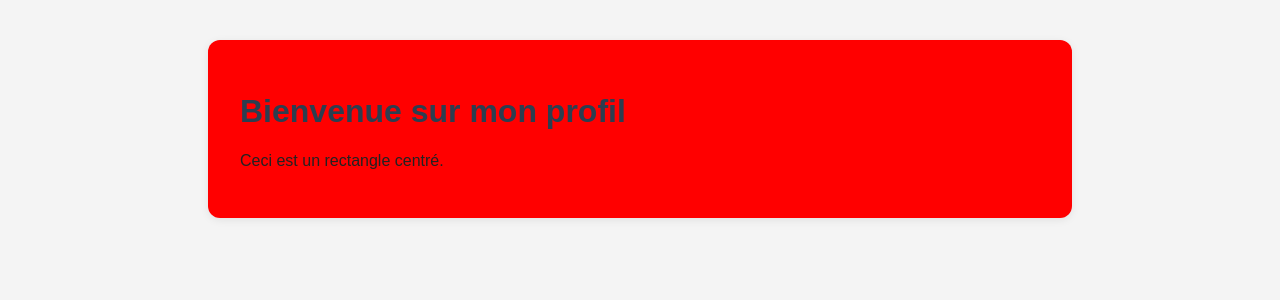
Repository: quadrinex/profile
Page: index.html
An editor plug-in stored every save of this project. The page is shown before and after a run of saves, followed by the edit.
The browser window is 1280 px wide. The pictures show the whole page.

Above is the page before, as saved 2025-06-30 15:54:11.

After the next 3 saves:
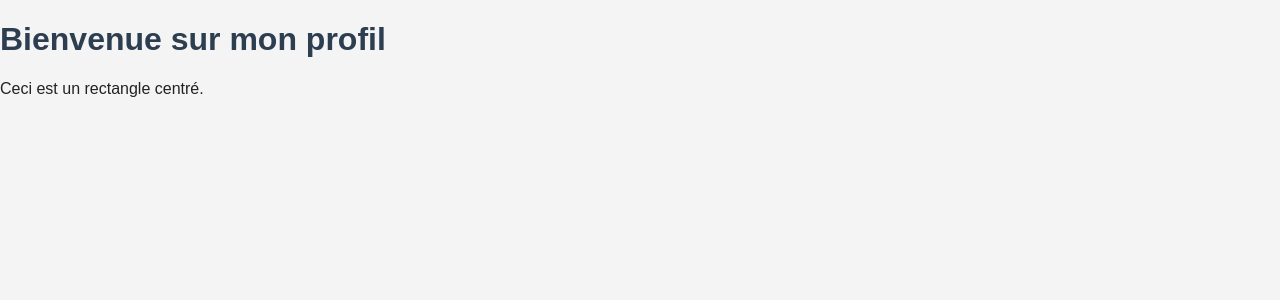
The 3 saves are shown as one change because they came seconds apart.
The last was saved 13 s later.
--- a/main.css
+++ b/main.css
@@ -18,12 +18,3 @@ a {
 a:hover {
     text-decoration: underline;
 }
-
-.container {
-    max-width: 800px;
-    margin: 40px auto;
-    background: #ff0000;
-    padding: 32px;
-    border-radius: 12px;
-    box-shadow: 0 2px 8px rgba(0,0,0,0.08);
-}

After the save that followed:
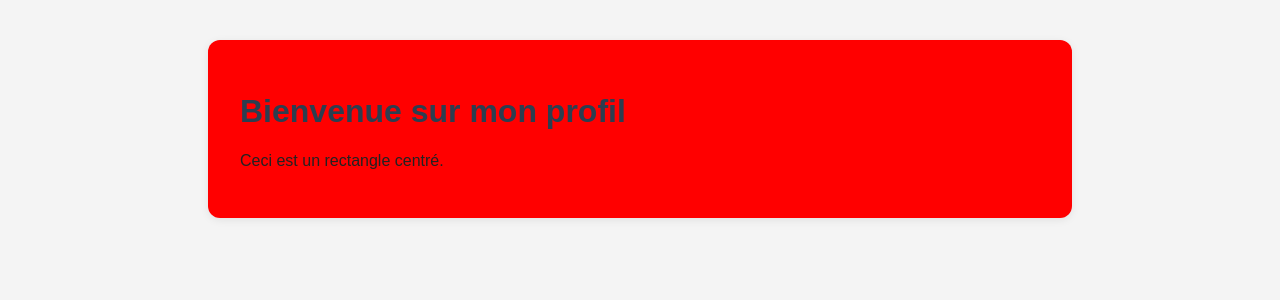
Saved 60 s later.
--- a/main.css
+++ b/main.css
@@ -18,3 +18,12 @@ a {
 a:hover {
     text-decoration: underline;
 }
+
+.container {
+    max-width: 800px;
+    margin: 40px auto;
+    background: #ff0000;
+    padding: 32px;
+    border-radius: 12px;
+    box-shadow: 0 2px 8px rgba(0,0,0,0.08);
+}
